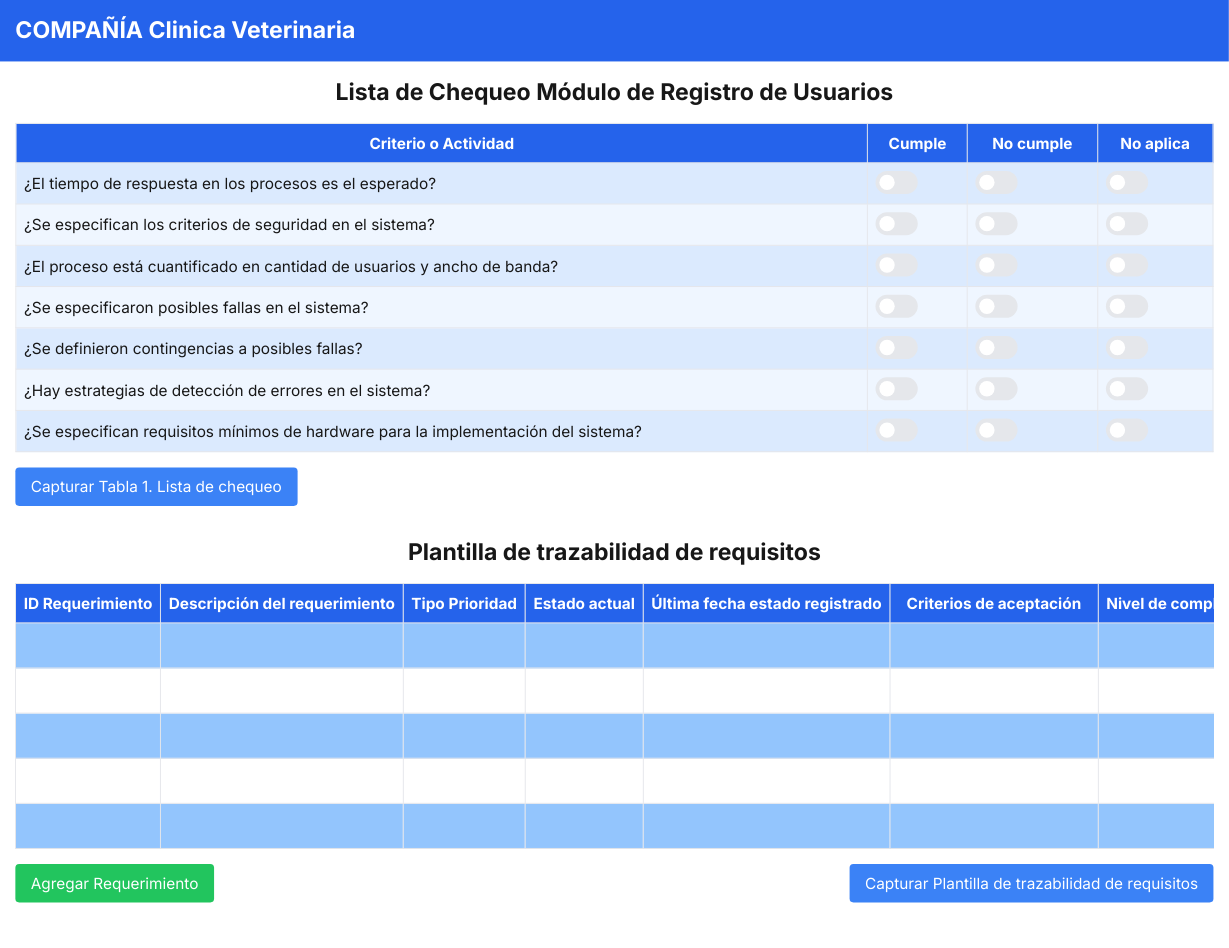
Repository: CiroAlfa/lista-de-Chequeo
Page: /
These files come from the project's save history. The page is drawn as it stood at one moment and after the next save; the edit follows.
The browser window is 1280 px wide. The pictures show the whole page, at 96% of full size.
The project was rebuilt for these pictures with package versions that can differ from the ones it lists, and the page was loaded fresh each time. The framework's server and built-in components were replaced by stand-ins that run in the browser. Also part of the build but not shown: next.config.mjs.

Above is the page before, as saved 2024-09-27 13:24:04.

After the next save:
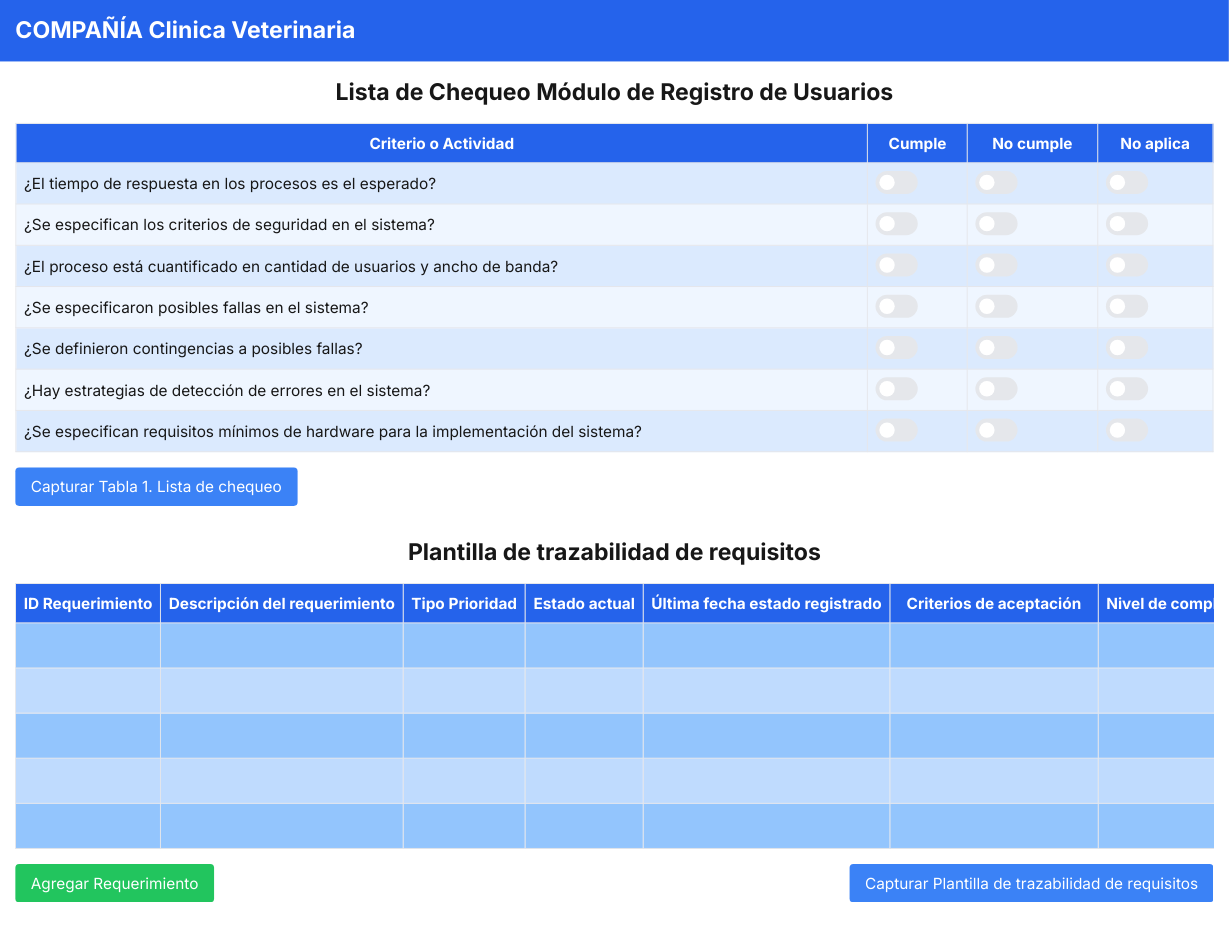
Saved 8 s later.
--- a/src/app/page.tsx
+++ b/src/app/page.tsx
@@ -176,7 +176,7 @@ export default function Home() {
             </thead>
             <tbody>
               {requirements.map((item, index) => (
-                <tr key={index} className={index % 2 === 0 ? 'bg-blue-300' : 'bg-blue-250'}>
+                <tr key={index} className={index % 2 === 0 ? 'bg-blue-300' : 'bg-blue-200'}>
                   <td className="border p-2">
                     <input
                       type="text"
